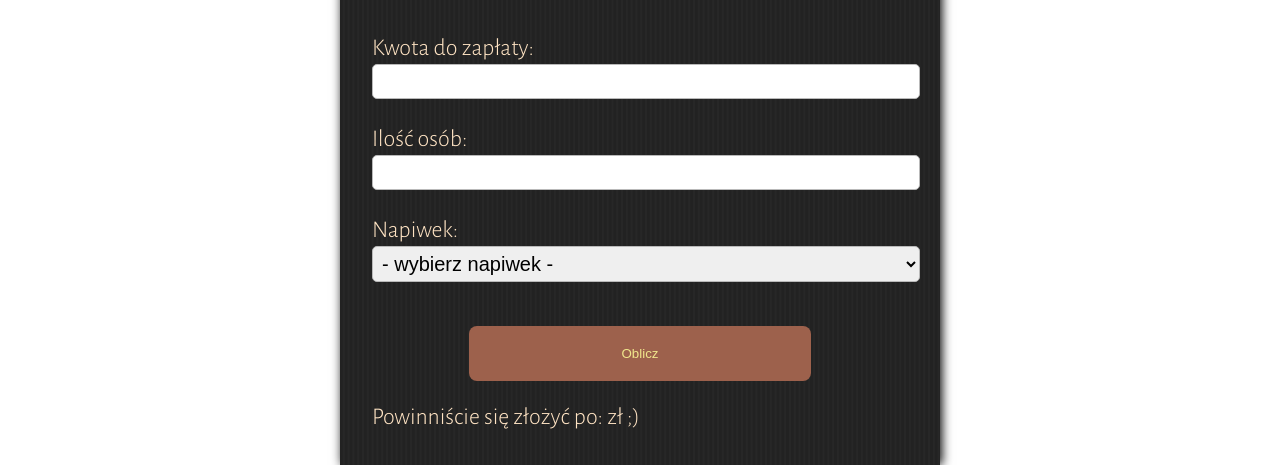
Repository: KrzysKolo/Projekt-2_Rachunek
Page: index.html
The author's editor kept a copy of each file at every save. The page is drawn from the files as they stood at one save, then again after the next save.
The browser window is 1280 px wide. The pictures show the part of the page from y = 314 to 792 px (the page is 779 px tall before and 792 px after).
Some web fonts or font styles are not loaded; a fallback is used.

Above is the page before, as saved 2020-07-02 08:23:40.

After the next save:
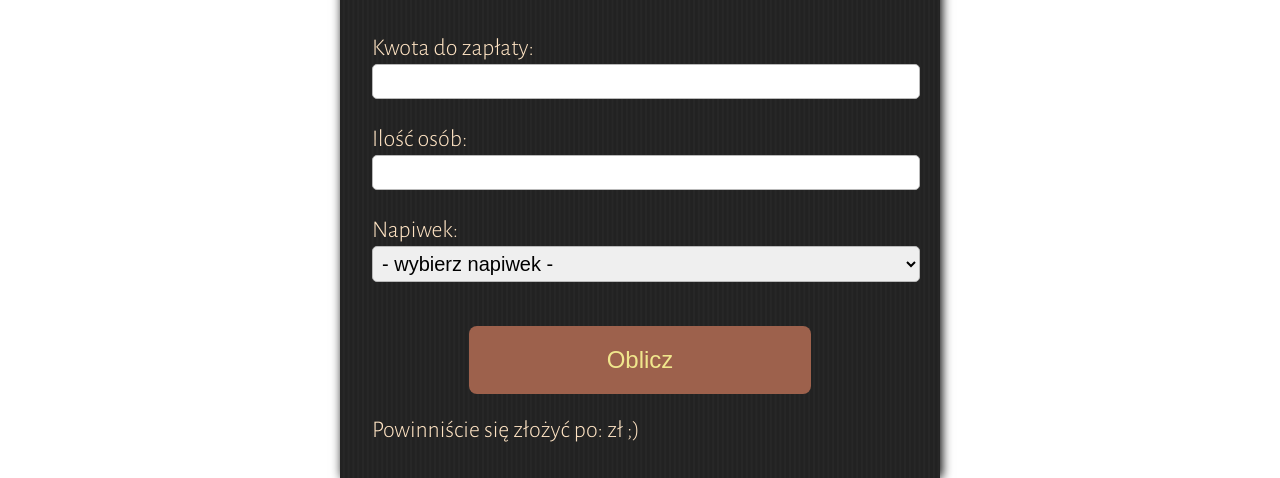
Saved 25 s later.
--- a/css/style.css
+++ b/css/style.css
@@ -72,7 +72,7 @@ body {
   margin: 20px auto;
   padding: 20px 10px;
   width: 60%;
-  font-weight: 1.5rem;
+  font-size: 1.5rem;
   border-radius: 8px;
   color: khaki;
   background-color: rgb(157, 97, 76);
